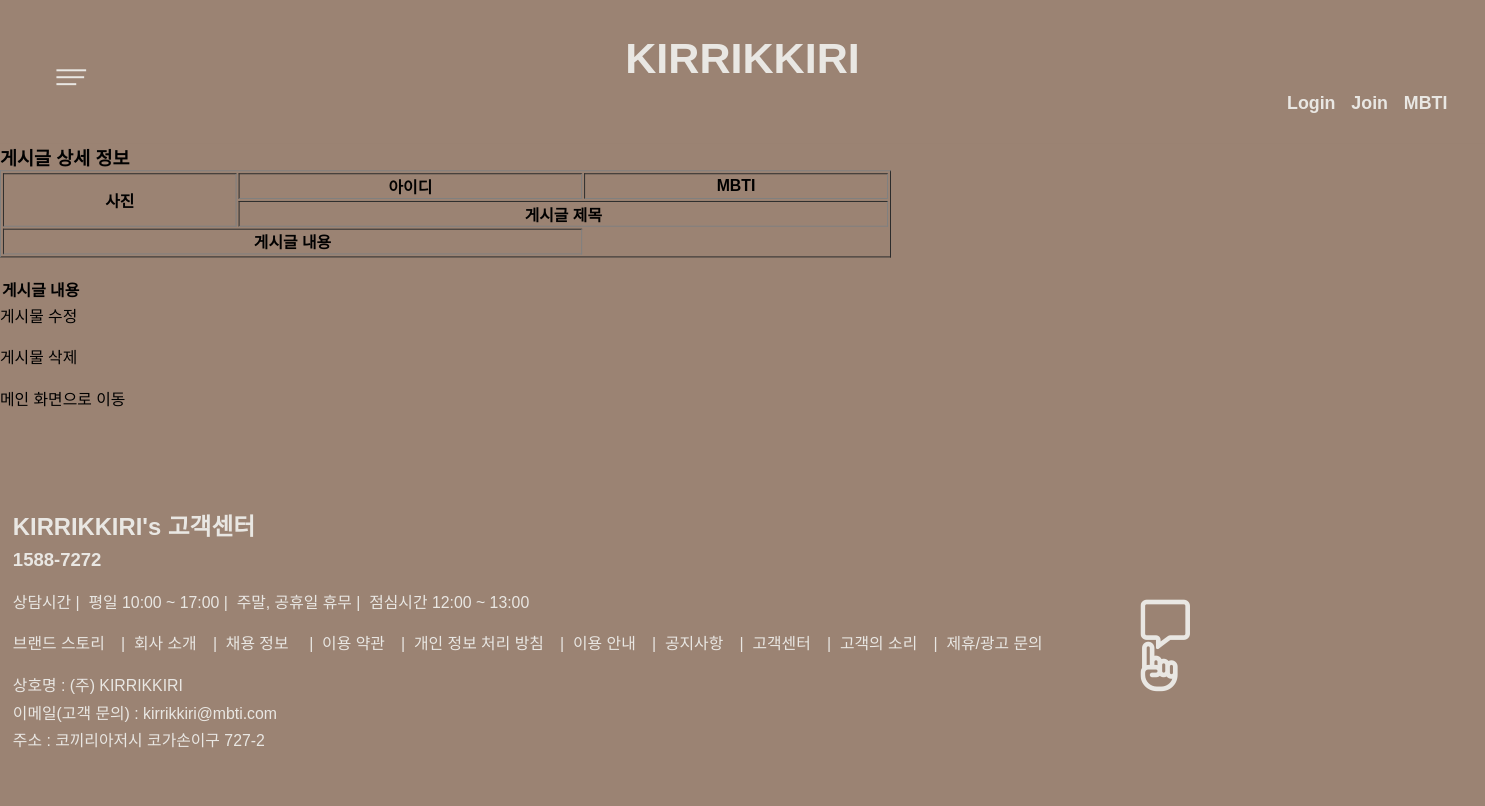
Repository: roditee/backend_mini_project
Page: http://localhost/spring_boot_backend_mini_project1/WEB-INF/views/post/postDetailView.jsp
These files come from the project's save history. The page is drawn as it stood at one moment and after the next save; the edit follows.
The browser window is 1280 px wide. The page is 1500 px wide, so the pictures cover 1500 px, including what lies to the right of the window. The pictures show the whole page, at 99% of full size.
Some web libraries are served in a nearby version. The page is served by Tomcat 9. Nobody is signed in. The template is opened directly, without the code that normally fills it, so the values that code supplies are empty.

Above is the page before, as saved 2022-01-19 11:09:04.

After the next save:
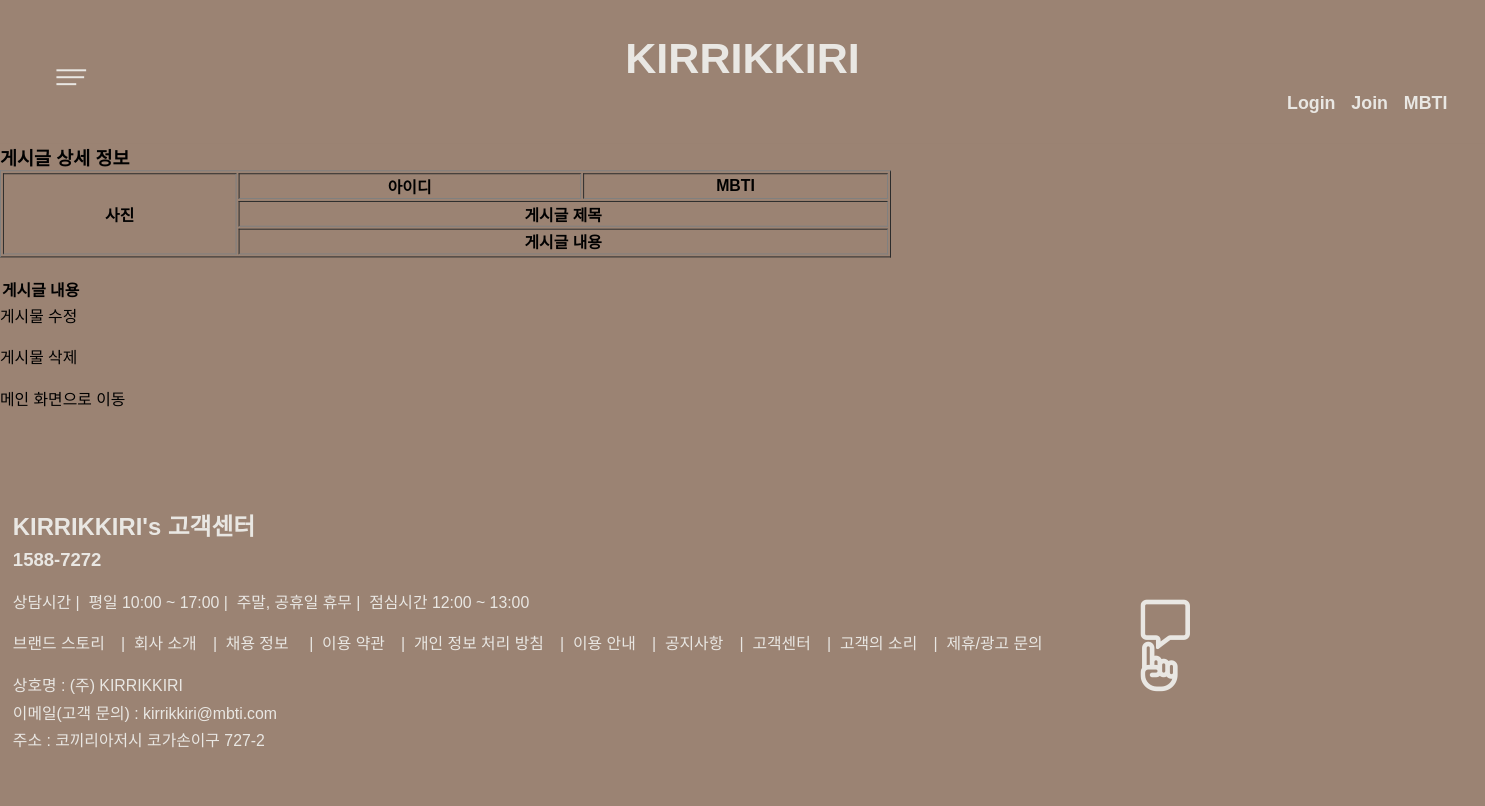
Saved 42 s later.
--- a/springProject_ex_workspace/spring_boot_backend_mini_project1/src/main/webapp/WEB-INF/views/post/postDetailView.jsp
+++ b/springProject_ex_workspace/spring_boot_backend_mini_project1/src/main/webapp/WEB-INF/views/post/postDetailView.jsp
@@ -23,7 +23,7 @@
 <!-- 추가하기 --><tr><td>게시글 내용</td><td>${prd.prdStock }</td></tr> --%>
 
 
-				<tr><th rowspan="2">사진</th><th>아이디</th><th>MBTI</th></tr>
+				<tr><th rowspan="3">사진</th><th>아이디</th><th>MBTI</th></tr>
 				<tr><th colspan="2">게시글 제목</th></tr>
 				<tr><th colspan="2">게시글 내용</th></tr>
 
